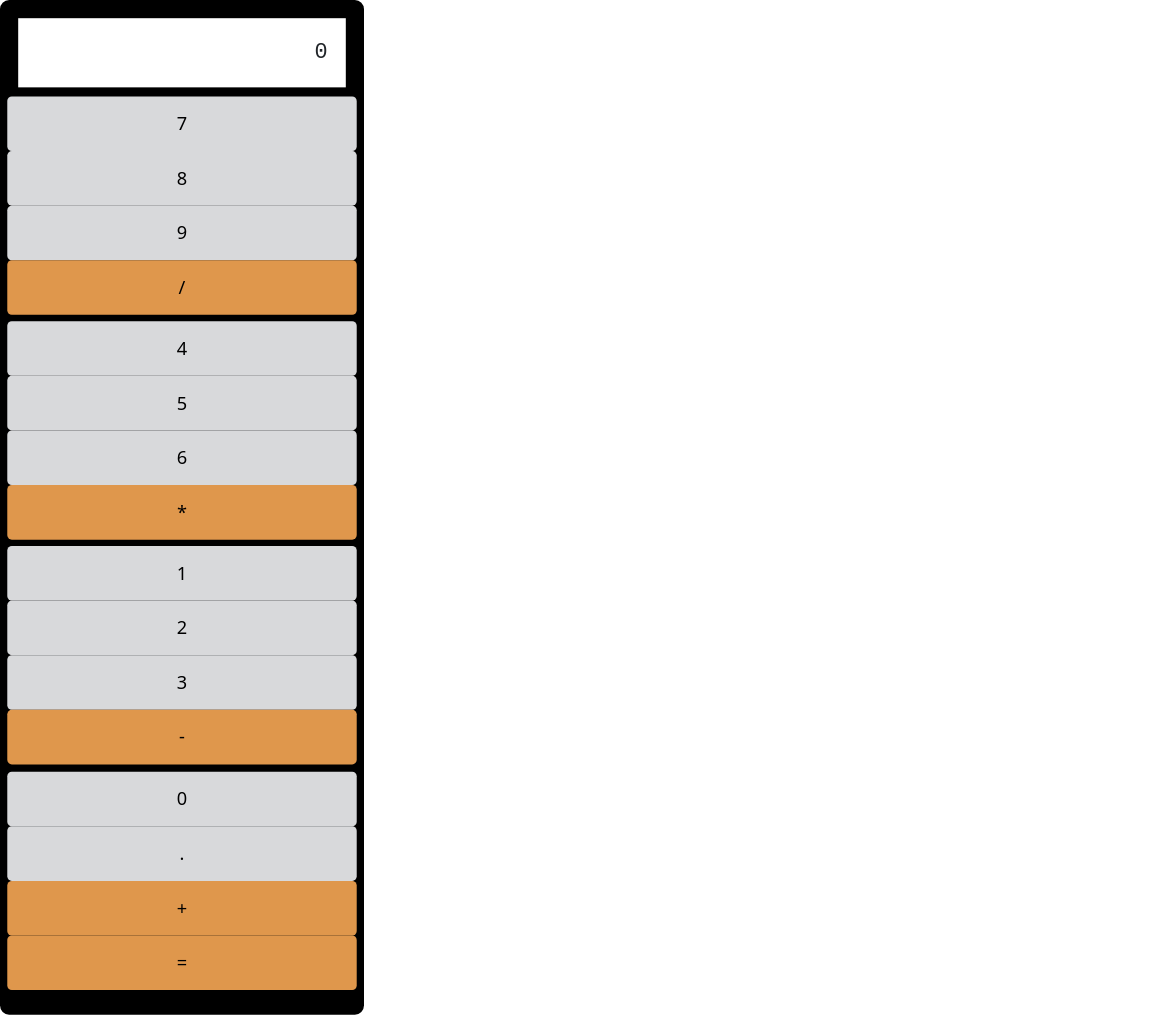
Repository: jgramirez0210/LAB-calculator
Page: index.html
The author's editor kept a copy of each file at every save. The page is drawn from the files as they stood at one save, then again after a run of saves.
The browser window is 1280 px wide. The pictures show the whole page, at 91% of full size.

Above is the page before, as saved 2023-10-10 20:57:57.

### index.html
<!DOCTYPE html>
<html lang="en">
<head>
  <meta charset="UTF-8">
  <meta name="viewport" content="width=device-width, initial-scale=1.0">
  <title>Calculator</title>
  <link href="https://cdn.jsdelivr.net/npm/bootstrap@5.3.2/dist/css/bootstrap.min.css" rel="stylesheet" integrity="sha384-T3c6CoIi6uLrA9TneNEoa7RxnatzjcDSCmG1MXxSR1GAsXEV/Dwwykc2MPK8M2HN" crossorigin="anonymous">
  <link rel="stylesheet" href="main.css">
</head>
<body>
  <div class="calculator">
    <div class="display">0</div>
    <div class="row">
        <button>7</button>
        <button>8</button>
        <button>9</button>
        <button class="function">/</button>
    </div>
    <div class="row">
        <button>4</button>
        <button>5</button>
        <button>6</button>
        <button class="function">*</button>
    </div>
    <div class="row">
        <button>1</button>
        <button>2</button>
        <button>3</button>
        <button class="function">-</button>
    </div>
    <div class="row">
        <button>0</button>
        <button>.</button>
        <button class="function">+</button>
        <button class="function">=</button>
    </div>
</div>

  <script src="https://cdn.jsdelivr.net/npm/bootstrap@5.3.2/dist/js/bootstrap.bundle.min.js" integrity="sha384-C6RzsynM9kWDrMNeT87bh95OGNyZPhcTNXj1NW7RuBCsyN/o0jlpcV8Qyq46cDfL" crossorigin="anonymous"></script>
  <script src="main.js"></script>
</body>
</html>

### main.css
.calculator {
  width: 400px;
  background-color: #000000;
  padding: 20px;
  border-radius: 10px;
  box-sizing: border-box;
}

.display {
  font-family: monospace;
  background-color: #ffffff;
  padding: 20px;
  font-size: 24px;
  margin-bottom: 10px;
  text-align: right;
}

.row {
  display: flex;
  justify-content: space-between;
  margin-bottom: 2%;
}

button {
  width: calc(25% - 3px);
  padding: 15px;
  font-size: 20px;
  background-color: #d8d9db;
  border: none;
  border-radius: 5px;
  transition: background-color 0.3s;
  box-sizing: border-box;
}

button:hover {
  background-color: #ebebeb;
}

button:active {
  background-color: #bbbcbe;
}

button.function {
  background-color: #df974c;
}

button.function:hover {
  background-color: #dfb07e;
}

button.function:active {
  background-color: #dd8d37;
}

### main.js
console.log("testeroo")

After the next 2 saves:
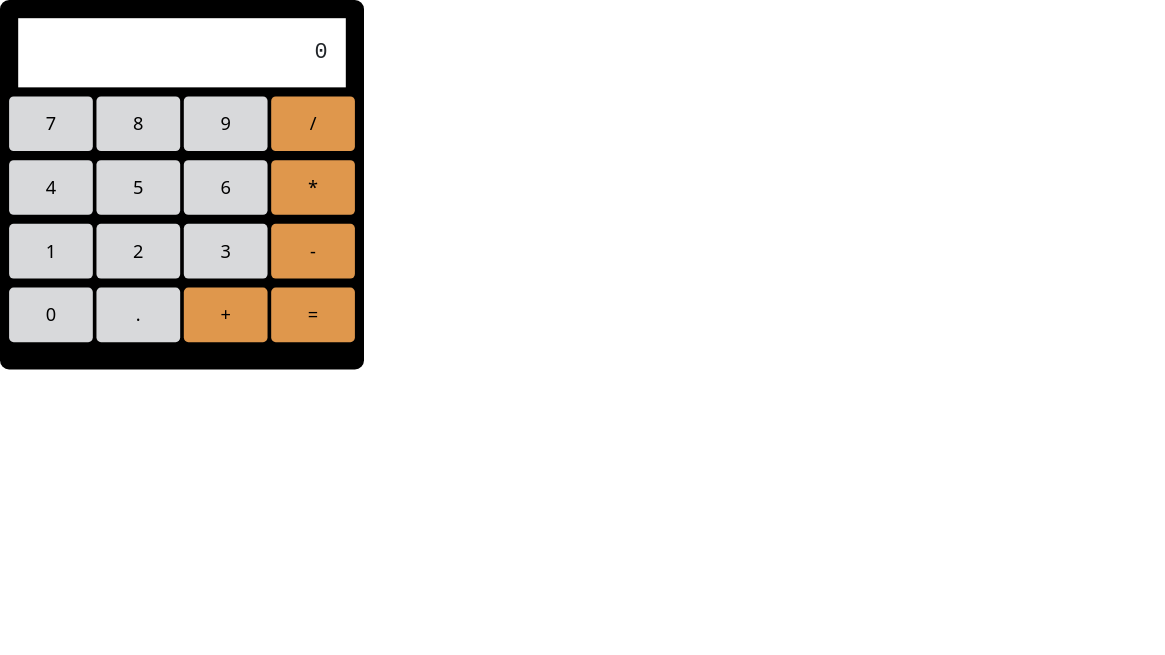
The 2 saves are shown as one change because they came seconds apart.
The last was saved 3 min 1 s later.
--- a/main.css
+++ b/main.css
@@ -1,9 +1,14 @@
+* {
+  box-sizing: border-box;
+  margin: 0;
+  padding: 0;
+}
+
 .calculator {
   width: 400px;
   background-color: #000000;
   padding: 20px;
   border-radius: 10px;
-  box-sizing: border-box;
 }
 
 .display {
@@ -18,18 +23,18 @@
 .row {
   display: flex;
   justify-content: space-between;
-  margin-bottom: 2%;
+  margin-bottom: 10px; /* Adjusted to a fixed pixel value for consistency */
 }
 
 button {
-  width: calc(25% - 3px);
+  flex: 1; /* Ensures equal distribution of space among buttons */
+  margin: 0 2px; /* Added a slight margin for spacing */
   padding: 15px;
   font-size: 20px;
   background-color: #d8d9db;
   border: none;
   border-radius: 5px;
   transition: background-color 0.3s;
-  box-sizing: border-box;
 }
 
 button:hover {
